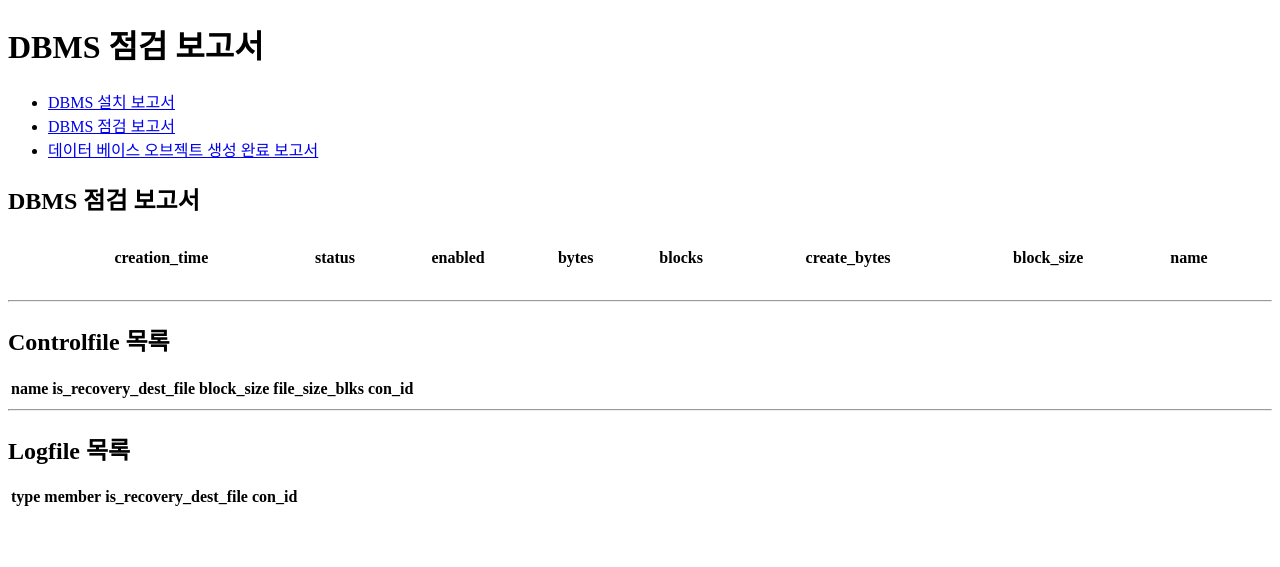
Repository: blackbird0220/kh_database
Page: http://localhost/test01/report02.jsp
These files come from the project's save history. The page is drawn as it stood at one moment and after the next save; the edit follows.
The browser window is 1280 px wide. The pictures show the whole page.
The page is served by Tomcat 9. Queries for data that is not in the repository find no rows.

Above is the page before, as saved 2024-03-29 08:42:25.

After the next save:
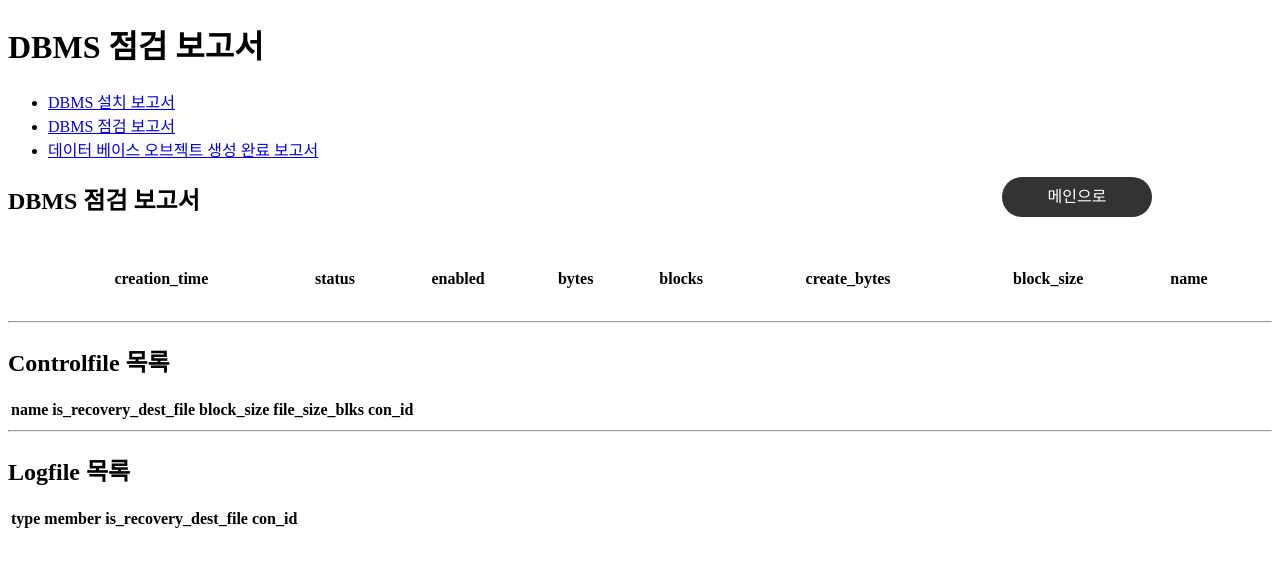
Saved 2 days later.
--- a/test01/WebContent/menu.jsp
+++ b/test01/WebContent/menu.jsp
@@ -13,3 +13,7 @@
 		</li>
 	</ul>
 </nav>
+
+<nav id="tnb" style="float:right;margin-right:120px;text-decoratron:none;border-radius:20px; width:150px; line-height:40px; background:#333; color:#fff; text-align:center;margin-bottom:50px;">
+	<a href="index.jsp" style="text-decoration:none;color:#fff;">메인으로</a>
+</nav>
